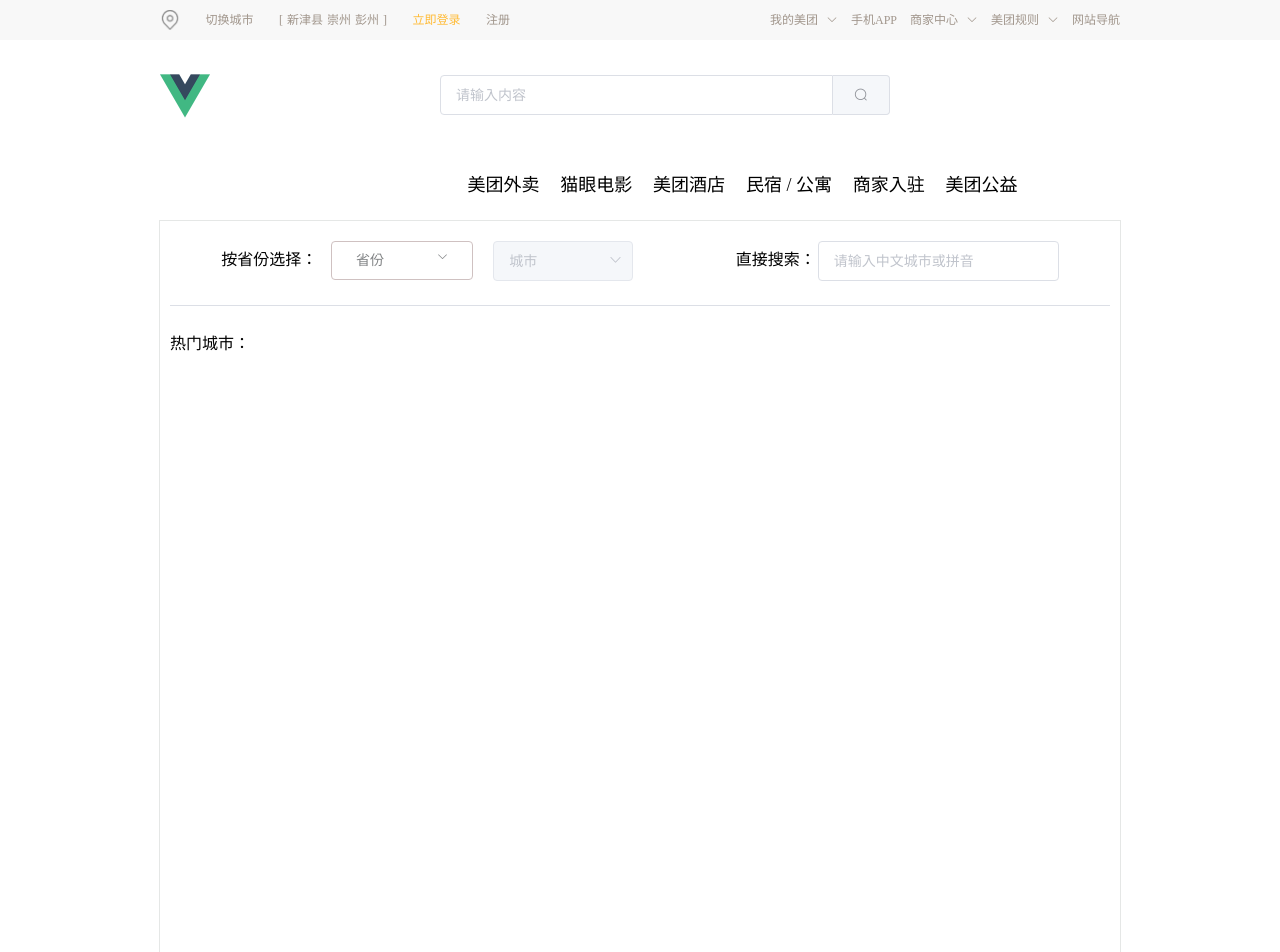
Repository: Wu-Tong-Xian/EasyMeituan
Page: /citySelection
These files come from the project's save history. The page is drawn as it stood at one moment and after the next save; the edit follows.
The browser window is 1280 px wide. The pictures show the part of the page from y = 0 to 952 px (the page is 2764 px tall).
The page's requests for data from a server got no answer. The project was rebuilt for these pictures with package versions that can differ from the ones it lists, and the page was loaded fresh each time. No one was signed in, and anything a server would have sent is missing. Also part of the build but not shown: vue.config.js, src/components/home/sortingRotations.vue, src/components/home/stylish.vue, src/views/Home.vue.

Above is the page before, as saved 2020-08-25 11:19:15.

### src/main.js
import Vue from 'vue'
import App from './App.vue'
import router from './router'
import store from './store'
import api from './http/api'  //引入http 里封装的api
// 因为封装了axios 在http引入了
// import axios from 'axios'//引入axios
// Vue.prototype.$axios = axios;//把axios挂载到vue上
// import '@/iconfont/iconfont.js';/*引入iconfont图标*/

// 引入element ui
import ElementUI from 'element-ui';
import 'element-ui/lib/theme-chalk/index.css';

Vue.config.productionTip = false
Vue.prototype.$api =api    //引入封装的http 下API
Vue.use(ElementUI);

new Vue({
  router,
  store,
  render: h => h(App)
}).$mount('#app')

### src/App.vue
<template>
  <div id="app">
    <router-view/>

  </div>
</template>

<style lang="scss">
@import "./style/components";
</style>

### src/router/index.js
import Vue from 'vue'
import VueRouter from 'vue-router'
import Home from '../views/Home.vue'
import layout from '../views/layout/layout.vue'

Vue.use(VueRouter)

  const routes = [
    {
      path:'/home',
      redirect:'/'
    },
  {
    path: '/',
    name: 'layout',
    component: layout,
    children:[{
      path:'',
      name:'/home',
      component:Home,
      meta:{
        title:'首页',
      },
    },
    {
      path: '/citySelection',
      name: 'citySelection',
      component: () => import( '../views/citySelection/citySelection.vue'),
      meta:{
        title:'城市选择',
      },
    },

  ]
  },
  {
    path: '/login',
    name: 'login',
    component: () => import(/* webpackChunkName: "about" */ '../views/login/login'),
    meta:{
      title:'登录页',
    },
  },
  {
    path: '/phoneApp',
    name: 'phoneApp',
    component: () => import(/* webpackChunkName: "about" */ '../views/phoneApp/phoneApp'),
    meta:{
      title:'手机App',
    },
  },
  {
    path: '/register',
    name: 'register',
    component: () => import(/* webpackChunkName: "about" */ '../views/register/register'),
    meta:{
      title:'注册',
    },
  },
  {
    path:'*',
    component: () => import(/* webpackChunkName: "about" */ '../views/err/err'),
  }

]

const router = new VueRouter({
  mode: 'history',
  base: process.env.BASE_URL,
  routes
})


//  设置 白名单： 登陆 注册  找回密码/
// let whitePath = [ '/login','/register','/findPwd']
// // let whitePath = [ '/login']

router.beforeEach((to,from,next) =>{
//   // 通过路由源信息（meta（写在路由后 在上面））给浏览器绑定名字
  document.title =to.meta.title
//   let user =JSON.parse(localStorage.getItem('user'))
//   // 如果用户跳转的就是登录页面就让他直接去
//   // 设置了白名单 这里就可以修改为
//   if(whitePath.includes(to.path)) {
//   // if(to.path === '/login') {
    next()
//   }else {
//     // 如果有user就让他调转其他页面 否则就调转到本页面
//       user ? next() : next('/login')
//     }
})


export default router

### src/style/components.scss
/* 整理出来的css 公共样式 */

* {
  padding: 0;
  margin: 0;
}

.d-block {
  display: block;
}

// 文字居中
.t-center {
  text-align: center;
}

/* display */

.fl {
  display: flex;
}

.j-center {
  justify-content: center;
}
.font-w {
  font-weight: 700;
}
/* 两边有间距比everny大一点中间等分 */

.j-around {
  justify-content: space-around;
}

/* 左右靠边 中间等分 */

.j-between {
  justify-content: space-between;
}
.j-center
/* 两边有间距中间等分 */

.j-evenly {
  justify-content: space-evenly;
}

// 常用盒子大小
.w-1200 {
  width: 1200px;
}

.w-1000 {
  width: 1000px;
}

// 常用字体的两个颜色和大小
.colg {
    color: #A1968C;
}

.colb {
    color: #1D3447;
}

.colw {
    color: #F9F9F9;
}
.colr{
    color: red;
}

.fz12 {
  font-size: 12px;
}

.fz14 {
  font-size: 14px;
}

.fz18 {
  font-size: 18px;
}

.pd-t20 {
  padding-top: 20px;
}

.pd-t10 {
  padding-top: 10px;
}.pd-r10 {
  padding-right: 10px;
}.pd-l10 {
  padding-left: 10px;
}

.pd-tb20 {
  padding: 20px 0 20px 0;
}
.pd-lr20 {
  padding: 0 20px 0 20px;
}
.mg-lr10 {
  margin: 0 10px 0 10px;
}
// 外边距
.mg0 {
  margin: 0 auto;
}

.mg20 {
  margin: 20px;
}
.mg10 {
  margin: 10px;
}
.mg-b20 {
  margin-bottom: 20px;
}
.mg-b10 {
  margin-bottom: 10px;
}
.mg-tb20 {
  margin: 20px 0 20px 0;
}

.mg-t10 {
  margin-top: 10px;
}

.mg-tb10 {
  margin: 10px 0 10px 0;
}

.mg-l20 {
  margin-left: 20px;
}

.mg-l10 {
  margin-left: 10px;
}

.mg-t20 {
  margin-top: 20px;
}

.mg-r20 {
  margin-right: 20px;
}

.mg-r10 {
  margin-right: 10px;
}
.mg-lr20 {
  margin: 0 20px 0 20px;
}

// 桌面背景颜色
.box {
  background: #f9f9f9;
}
// 鼠标附上去改变颜色
.h-hover:hover {
  color: #FFBB36;
}
.c-hover:hover {
  color: #000;
}
// 超出部分自动换行
.fl-wrap {
  flex-wrap: wrap;
}
// 超出部分不换行  为了横向移动效果
fl-nowrap {
  flex-wrap: nowrap;
}
// 超出本分文字隐藏 用..表示
.t-none {
  white-space: nowrap;
  overflow: hidden;
  text-overflow: ellipsis;
  width: 28vm;
}
// 鼠标移过变小手
.c-pointer {
  cursor: pointer;
}

.t-l{
  text-decoration:line-through
}
//  在顶部盒子取一个类名 吸顶效果
.ceiling {
  position:fixed;
  width:100%;
  z-index:999;
  background: #ededed;
}
// 下滑线
.t-u{
  text-decoration:underline
}
// 删除线
.t-l{
  text-decoration:line-through
}// 上滑线
.t-o{
  text-decoration:overline
}
.p-r{
  position: relative;
}
.mg-t2{
  margin-top:2px;
}
.mg-lr3 {
  margin: 0 3px 0 3px;
}

### src/views/layout/layout.vue
<template>
  <div class="m0">
    <!--头部公共-->
    <div class="head1">
      <div class="w960 fl j-between fz12 colg c-pointer">
        <!--头部左边-->
        <div class="fl left-head1 j-between">
          <div @click="open1" class="fl">
            <img class="position1" src="../../assets/position1.png" alt />
            <div>{{city}}</div>
          </div>
          <div @click="citySelection" class="h-hover">切换城市</div>
          <div @click="open" class="fl">
            <div>[</div>
            <div class="mg-lr4 h-hover">新津县</div>
            <div class="h-hover">崇州</div>
            <div class="mg-lr4 h-hover">彭州</div>
            <div>]</div>
          </div>
          <div @click="gologin" class="h-hover ys">立即登录</div>
          <div @click="goregister" class="h-hover">注册</div>
        </div>
        <!--头部又边-->
        <div class="fl p-r j-between left-head1">
          <!-- 下拉菜单 -->
          <el-dropdown size="mini">
            <span class="el-dropdown-link h-hover colg fz12">
              我的美团
              <i class="el-icon-arrow-down el-icon--right"></i>
            </span>
            <el-dropdown-menu slot="dropdown">
              <el-dropdown-item>我的订单</el-dropdown-item>
              <el-dropdown-item>我的收藏</el-dropdown-item>
              <el-dropdown-item>抵用卷</el-dropdown-item>
              <el-dropdown-item>账户设置</el-dropdown-item>
            </el-dropdown-menu>
          </el-dropdown>

          <div @click="gophoneApp" class="h-hover">手机APP</div>
          <!-- 下拉菜单 -->
          <el-dropdown size="mini">
            <span class="el-dropdown-link h-hover colg fz12">
              商家中心
              <i class="el-icon-arrow-down el-icon--right"></i>
            </span>
            <el-dropdown-menu slot="dropdown">
              <el-dropdown-item>美团商饮餐户</el-dropdown-item>
              <el-dropdown-item>登录商家中心</el-dropdown-item>
              <el-dropdown-item>美团只能收银</el-dropdown-item>
              <el-dropdown-item>我想合作</el-dropdown-item>
              <el-dropdown-item>手机免费开店</el-dropdown-item>
              <el-dropdown-item>餐饮代理商招募</el-dropdown-item>
              <el-dropdown-item>商家免费开票</el-dropdown-item>
              <el-dropdown-item>免费合作美团合作</el-dropdown-item>
            </el-dropdown-menu>
          </el-dropdown>
          <!-- 下拉菜单 -->
          <el-dropdown size="mini">
            <span class="el-dropdown-link h-hover colg fz12">
              美团规则
              <i class="el-icon-arrow-down el-icon--right"></i>
            </span>
            <el-dropdown-menu slot="dropdown">
              <el-dropdown-item>美团中心</el-dropdown-item>
              <el-dropdown-item>美团规则</el-dropdown-item>
              <el-dropdown-item>美团评议员</el-dropdown-item>
            </el-dropdown-menu>
          </el-dropdown>
          <div class="h-hover nav fl">
            <div>网站导航</div>
            <div class="navigation">
              <div class="fl j-around">
                <div class="fz14 colg">
                  <div class="colb t-center">酒店旅游</div>
                  <div class="fl">
                    <div class="box1">
                      <div>国际机票</div>
                      <div>经济型酒店</div>
                      <div>公寓</div>
                      <div>青年旅舍</div>
                      <div>农家院</div>
                    </div>
                    <div class="box1 mg-lr20">
                      <div>火车站</div>
                      <div>主体酒店</div>
                      <div>豪华酒店</div>
                      <div>度假酒店</div>
                    </div>
                    <div class="box1">
                      <div>民宿</div>
                      <div>商务酒店</div>
                      <div>客栈</div>
                      <div>别墅</div>
                    </div>
                  </div>
                </div>

                <div class="fz14 colg">
                  <div class="colb t-center">吃美食</div>
                  <div class="fl">
                    <div class="box1 mg-r20">
                      <div>烤鱼</div>
                      <div>烧烤</div>
                      <div>火锅</div>
                    </div>
                    <div class="box1">
                      <div>特色</div>
                      <div>自助小吃</div>
                      <div>代金卷</div>
                    </div>
                  </div>
                </div>

                <div class="fz14 colg">
                  <div class="colb t-center">看电影</div>
                  <div class="box1">
                    <div>热映电影</div>
                    <div>热门电影</div>
                    <div>热映电影口碑榜</div>
                    <div>最受期待电影</div>
                    <div>国内票行榜</div>
                    <div>欧美票行榜</div>
                    <div>电影排行榜</div>
                  </div>
                </div>

                <div class="fz14 colg">
                  <div class="colb t-center">手机应用</div>
                  <div class="box1">
                    <div>
                      <img src="../../assets/mei1.png" alt />
                    </div>
                    <div>
                      <img src="../../assets/mei2.png" alt />
                    </div>
                  </div>
                </div>
              </div>
            </div>
          </div>
        </div>
        <!-- 网站导航 鼠标移入的样式 -->
      </div>
    </div>
    <!--logo 搜索公共部分-->
    <div class="search-box">
      <div class="w9601">
        <div class="fl j-between">
          <img class="logo" src="../../assets/logo.png" alt />
          <div class="input-box j-between p-r">
            <el-input
              @input="search1"
              @focus="focus"
              @blur="blur"
              placeholder="请输入内容"
              v-model="keyword"
              class="input-with-select"
            >
              <el-button slot="append" icon="el-icon-search"></el-button>
            </el-input>

            <div v-if="flag === true" class="fl history j-between">
              <div class="mg-l20">搜索历史</div>
              <div @click="a11" class="mg-r20">删除历史记录</div>
            </div>
            <div v-if="keyword !== ''" class="name-box">
              <div v-for="(item,index) in searchList" :key="index">
                <div @click="detail(item)" v-if="index < 11" class="name1 mg-l10">{{item.name}}</div>
              </div>
            </div>
          </div>
          <div></div>
        </div>
        <div class="fl j-around">
          <div></div>
          <div class="fl bottom-box j-between">
            <div>美团外卖</div>
            <div>猫眼电影</div>
            <div>美团酒店</div>
            <div>民宿 / 公寓</div>
            <div>商家入驻</div>
            <div>美团公益</div>
          </div>
        </div>
      </div>
    </div>
    <router-view></router-view>
    <div class="dbl-box1">
      <div class="dbl-box">
        <img class="dbl c-pointer" src="../../assets/底部栏.png" alt />
      </div>
    </div>
  </div>
</template>

<script>
export default {
  name: "",
  props: {},
  components: {},
  data() {
    return {
      flag: false,
      keyword: "",
      city: "",
      searchList: [], //搜索列表
      searchTopList: [], //搜索建议
    };
  },
  methods: {
    a11() {
      console.log(111);
    },
    focus() {
      this.flag = true;
      console.log(this.flag);
    },
    blur() {
      // setTimeout(function() {
      this.flag = false;
      // }, 5000);
    },
    detail(item) {
      this.$message("你点你爹呢,瓜皮,");
    },

    // 搜索建议
    search1() {
      if (this.keyword !== "") {
        this.$api
          .getresults(this.city, this.keyword)
          .then((res) => {
            console.log(res);
            this.searchList = res.data.pois;
          })
          .catch((err) => {
            console.log(err);
          });
        // 搜索关键字  因为这里传城市 跟关键字 不处理就是成都市 我只要成都
        //  this.city.slice(2,3);
        // console.log(this.city);
        // this.$api
        //   .getsearchTop(this.city, this.keyword)
        //   .then((res) => {
        //     console.log(res);
        //     this.searchTopList = res.data.pois;
        //   })
        //   .catch((err) => {
        //     console.log(err);
        //   });
      }
    },
    gophoneApp() {
      this.$router.push("phoneApp");
    },
    gologin() {
      this.$router.push("login");
    },
    goregister() {
      this.$router.push("register");
    },
    open() {
      this.$message("想太多,这里只是装饰");
    },
    open1() {
      this.$message("请点击又边的切换城市");
    },
    getpotions() {
      this.$api
        .getposition()
        .then((res) => {
          console.log(res);
          this.city = JSON.parse(res.data).city;
        })
        .catch((err) => {
          console.log(err);
        });
    },
    citySelection() {
      this.$router.push("citySelection");
    },
  },
  mounted() {
    this.getpotions();
  },
  watch: {},
  computed: {},
};
</script>

<style scoped lang='scss'>
// 头部样式
.head1 {
  width: 100%;
  height: 40px;
  background: #f8f8f8;
}
.w960 {
  margin: 0 auto;
  width: 960px;
  height: 40px;
  line-height: 40px;
}
.position1 {
  width: 20px;
  height: 20px;
  margin-top: 10px;
}

.left-head1 {
  width: 350px;
}
.mg-lr4 {
  margin: 0 4px 0 4px;
}
.ys {
  color: #ffbb36;
}
.el-dropdown-item {
  color: #ffbb36;
}
.nav:hover {
  background: #ffffff;
  .navigation {
    display: block;
  }
}
.navigation {
  position: absolute;
  left: -174.4%;
  top: 100%;
  width: 960px;
  height: 320px;
  background: #ffffff;
  display: none;
  z-index: 11;
}
.box1 {
  margin-top: 20px;
  line-height: 35px;
  text-align: center;
}
// 搜索盒子样式
.search-box {
  width: 100%;
  height: 180px;
  background: #ffffff;
}
.w9601 {
  margin: 0 auto;
  width: 960px;
  height: 180px;
  line-height: 110px;
}
.logo {
  margin-top: 31px;
  height: 50px;
}
.input-box {
  width: 450px;
}
.history {
  box-shadow: 0 0 5px rgb(32, 29, 29);
  width: 391px;
  height: 105px;
  background: #ffffff;
  color: #201d1d;
  font-size: 16px;
  line-height: 25px;
  position: absolute;
  top: 77px;
  border-radius: 5px;
}
.name-box {
  box-shadow: 0 0 5px rgb(32, 29, 29);
  width: 391px;
  height: 256px;
  background: #ffffff;
  color: #807878;
  font-size: 14px;
  position: absolute;
  top: 77px;
}
.name1 {
  line-height: 26px;
}
.bottom-box {
  font-size: 18px;
  width: 550px;
  line-height: 70px;
}
.dbl-box1 {
  width: 100%;
  background: #f8f8f8;
}
.dbl-box {
  margin: 0 auto;
  width: 960px;
  background: #f8f8f8;
}

.dbl {
  margin: 0 auto;
  width: 960px;
}
</style>

### src/views/citySelection/citySelection.vue
<template>
<div>
  <div class="w960">
    <div class="mg-lr10">
      <div class="fl j-around mg-tb20">
        <div class="fl">
          <div class="box1">按省份选择：</div>
          <el-row>
            <el-col :span="12">
              <el-dropdown trigger="click">
                <span class="el-dropdown-link">
                  <div class="sf fl j-around">
                    <div>省份</div>
                    <i class="el-icon-arrow-down el-icon--right"></i>
                  </div>
                </span>
                <el-dropdown-menu slot="dropdown">
                  <div class="name-box fl-wrap fl">
                    <div v-for="item in province" :key="item.id " class>
                      <div @click="citys" class="fz12 colg mg10">{{item.name}}</div>
                    </div>
                  </div>
                </el-dropdown-menu>
              </el-dropdown>
            </el-col>
          </el-row>
          <div class="box2 mg-l20">
            <el-select v-model="value" disabled placeholder="城市"></el-select>
          </div>
        </div>

        <div class="fl">
          <div class="box1">直接搜索：</div>
          <el-input v-model="input" placeholder="请输入中文城市或拼音"></el-input>
        </div>
      </div>
      <el-divider></el-divider>
      <div class="fl ">
        <div>热门城市：</div>
        <div v-for="item in hots" :key="item.id">
          <div @click="citys" class="mg-l10 fz14 colg">{{item.province}}</div>
        </div>
      </div>
    </div>
  </div>
</div>
</template>

<script>
export default {
  name: "",
  props: {},
  components: {},
  data() {
    return {
      province: [],
      input: "",
      value: "",
      hots: []
    };
  },
  methods: {
    gethotCity() { //热门城市
      this.$api.gethotCity().then((res) => {
          console.log(res);
          this.hots = res.data.hots
        })
        .catch((err) => {
          console.log(err);
        });
    },
    getProvince() { //所有省份
      this.$api
        .getProvince()
        .then((res) => {
          console.log(res);
          this.province = res.data.province;
        })
        .catch((err) => {
          console.log(err);
        });
    },
    citys() {

    },
  },
  mounted() {
    this.gethotCity()
    this.getProvince();
  },
  watch: {},
  computed: {},
};
</script>

<style lang="scss" scoped>
.w960 {
  width: 960px;
  height: 2000px;
  margin: 0 auto;
  background: white;
  border: 1px solid rgb(229, 231, 230);
}

.box1 {
  width: 110px;
  height: 37px;
  line-height: 37px;
}

.sf {
  width: 140px;
  height: 37px;
  line-height: 37px;
  border-radius: 4px;
  border: 1px solid rgb(207, 193, 193);
}

.box2 {
  width: 140px;
}

.el-dropdown-link {
  cursor: pointer;
  color: #818385;
}

.el-icon-arrow-down {
  font-size: 12px;
  margin-top: 9px;
}

.demonstration {
  display: block;
  color: #8492a6;
  font-size: 14px;
  margin-bottom: 20px;
}

.name-box {
  width: 250px;
  height: 380px;
}
</style>

### src/http/index.js
// http 专门用来发送请求
// 如果下面的文件叫index  可以不用引导index.js 只用到http
// 封装axios

import axios from 'axios'

//创建axios的实例    const service =axios.create(创造的意思) 是一个对象
const service =axios.create({
  // 请求的基础路径 如果配置了基础路径 在实际发请求的时候可以省略
  baseURL:'/api',
  // 超时时间配置 毫秒为单位：timeout
  timeout:10000   //如果发送请求超过10S就会请求失败
})



//相应拦截   固定写法
service.interceptors.response.use(res =>{
  return res.data   //之前都是res.data.data  现在就可以少些一层data
})
//export default(默认导出)
export default service

Loaded but not shown: public/index.html (common file); src/store/index.js (common file); src/http/api.js (138 lines, source omitted)

After the next save:
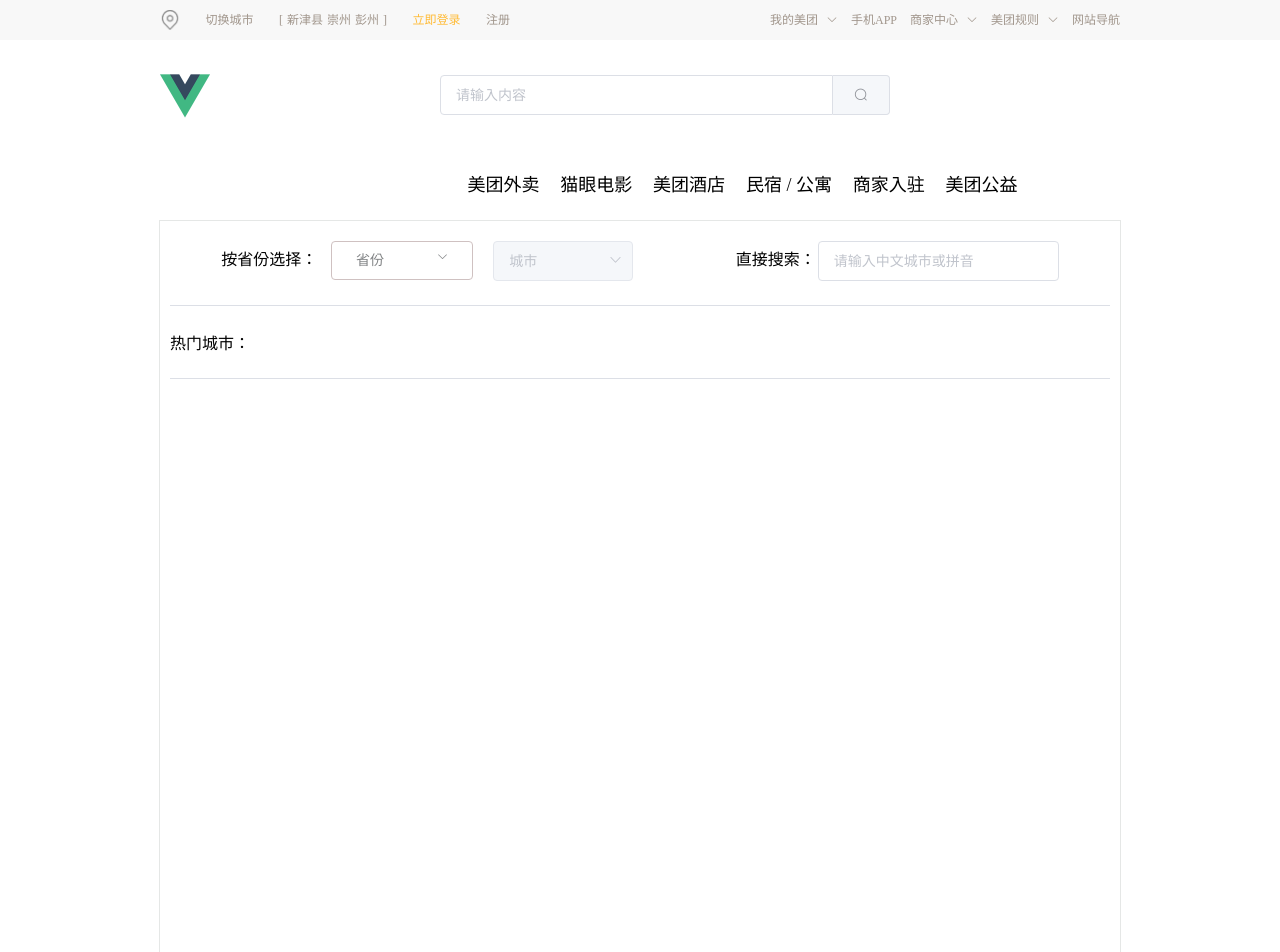
Saved 26 s later.
--- a/src/views/citySelection/citySelection.vue
+++ b/src/views/citySelection/citySelection.vue
@@ -35,12 +35,13 @@
         </div>
       </div>
       <el-divider></el-divider>
-      <div class="fl ">
+      <div class="fl mg-b20">
         <div>热门城市：</div>
         <div v-for="item in hots" :key="item.id">
           <div @click="citys" class="mg-l10 fz14 colg">{{item.province}}</div>
         </div>
       </div>
+      <el-divider></el-divider>
     </div>
   </div>
 </div>
